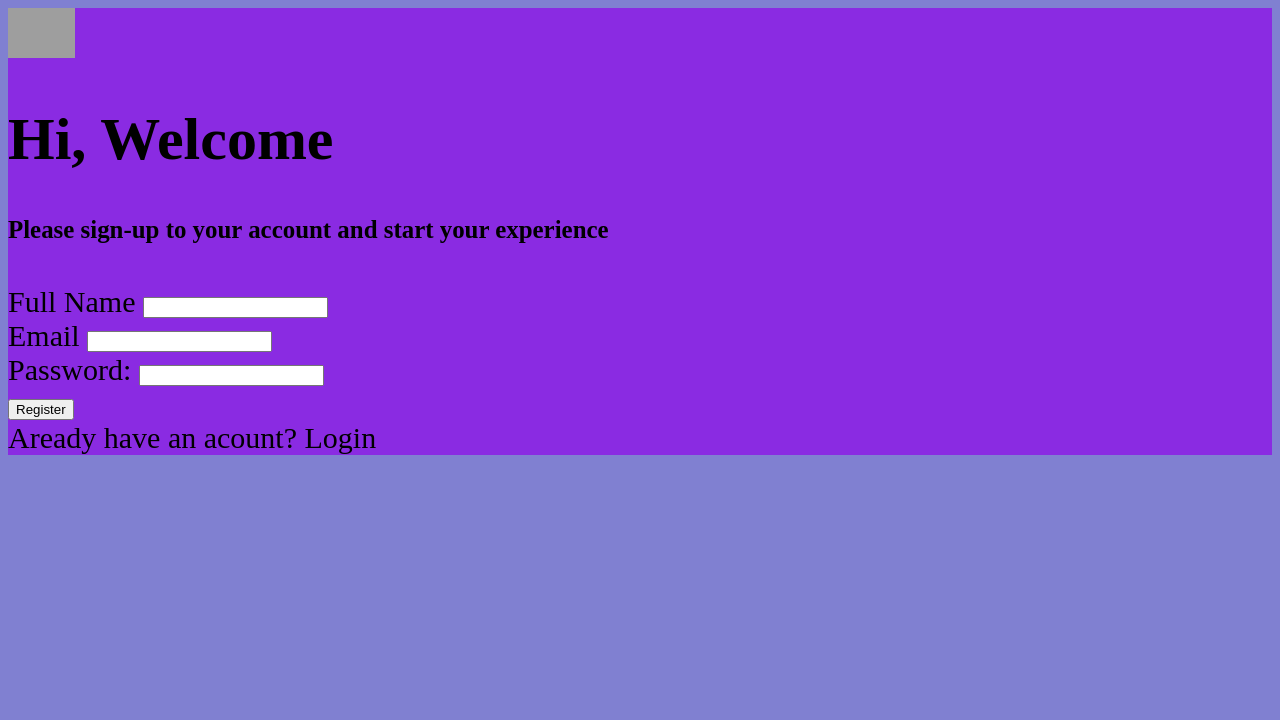
Repository: KingBoyMaylow/movie-task
Page: index.html
These files come from the project's save history. The page is drawn as it stood at one moment and after the next save; the edit follows.
The browser window is 1280 px wide. The pictures show the whole page.
Pictures or frames that could not be fetched are drawn as grey boxes.

Above is the page before, as saved 2024-05-18 17:09:32.

After the next save:
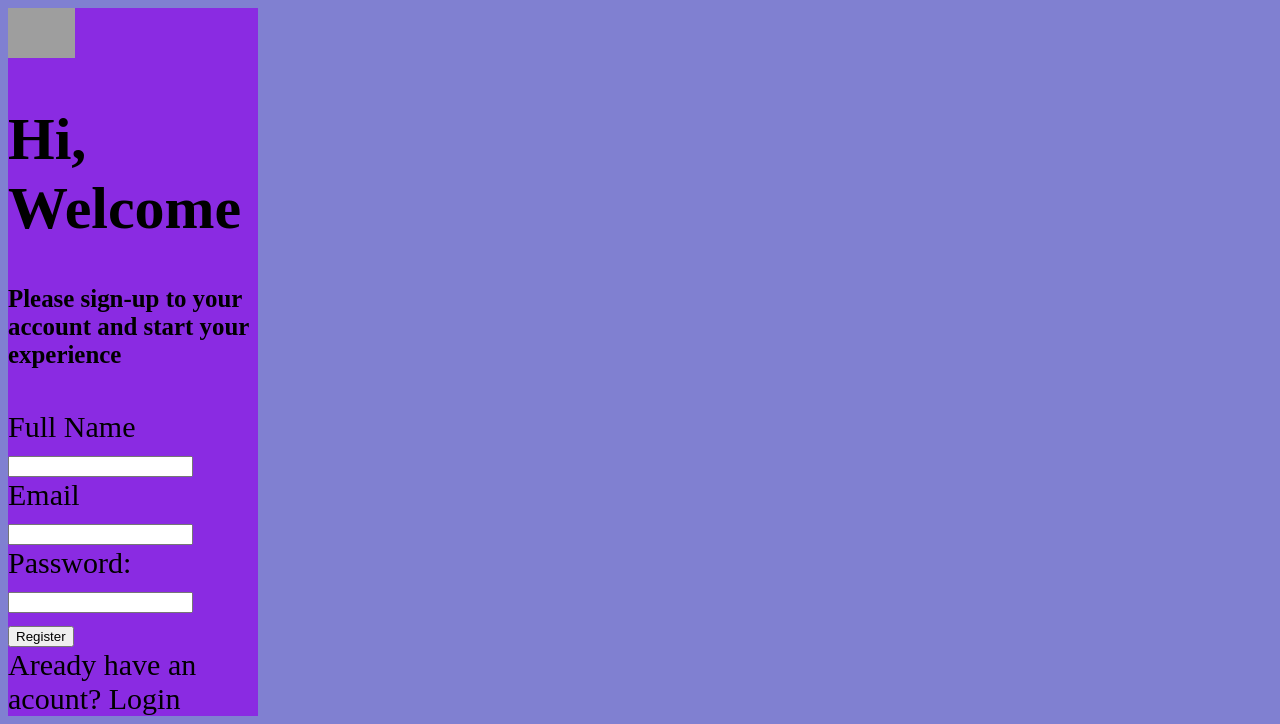
Saved 4 s later.
--- a/html.css
+++ b/html.css
@@ -4,7 +4,7 @@ body{
 .sign-up-div{
     font-size: 30px;
     background-color: blueviolet;
-    width: px;
+    width: 250px;
 }
 img{
     height: 50px;
